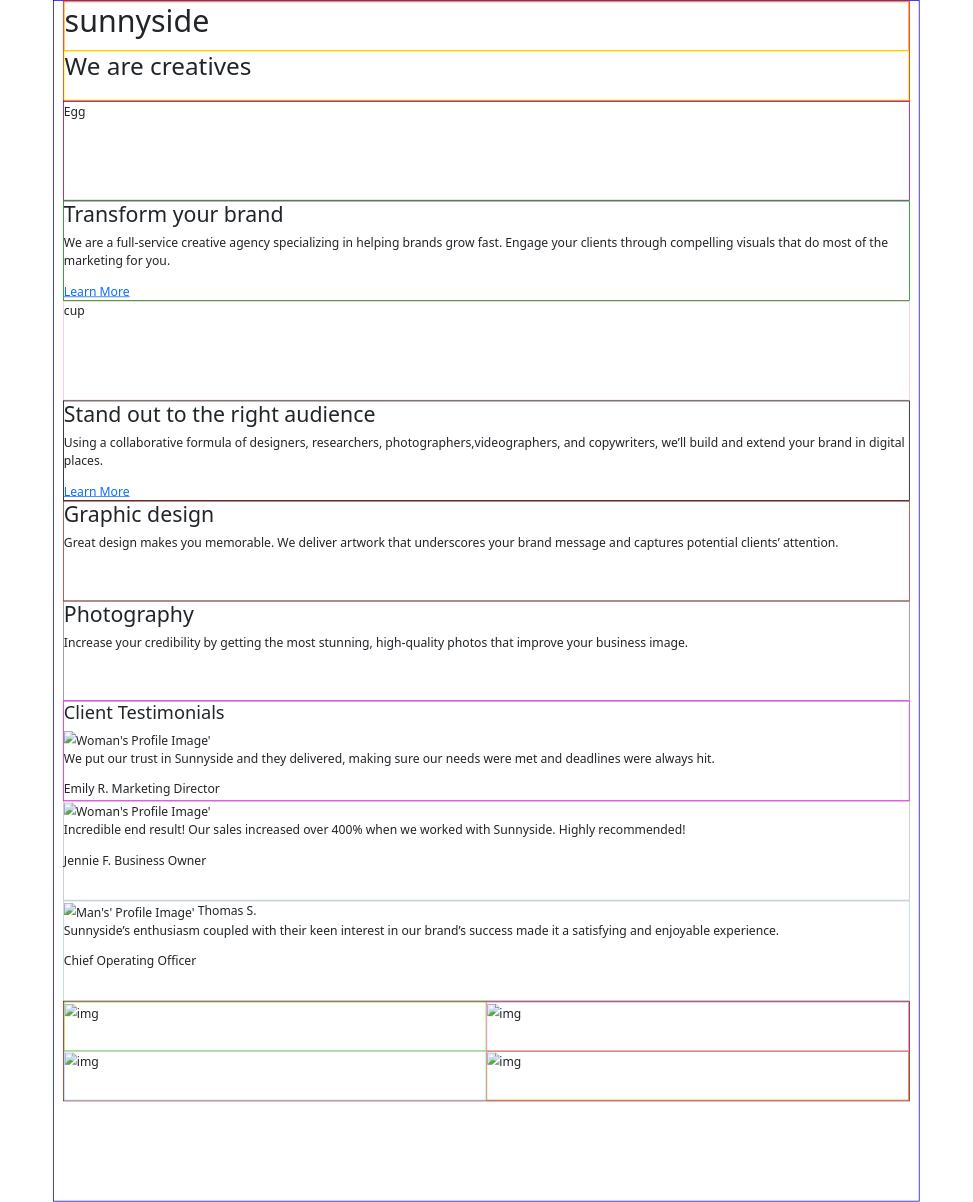
Repository: Roshanell/Sunny-Side-Agency
Page: index.html
The author's editor kept a copy of each file at every save. The page is drawn from the files as they stood at one save, then again after the next save.
The browser window is 1280 px wide. The pictures show the whole page, at 76% of full size.

Above is the page before, as saved 2022-07-01 12:50:36.

### index.html
<!doctype html>
<html lang="en">

  <head>
    <meta charset="utf-8">
    <meta name="viewport" content="width=device-width, initial-scale=1">
    <title>Sunny Side Agency</title>
    <link href="https://cdn.jsdelivr.net/npm/bootstrap@5.2.0-beta1/dist/css/bootstrap.min.css" rel="stylesheet"
      integrity="sha384-0evHe/X+R7YkIZDRvuzKMRqM+OrBnVFBL6DOitfPri4tjfHxaWutUpFmBp4vmVor" crossorigin="anonymous">
    <link href="https://fonts.googleapis.com/icon?family=Material+Icons" rel="stylesheet">
    <link rel="stylesheet" href="css/style.css">
  </head>

  <body>
    <div class="container">
      <div class="homePage">
        <div class="header">
          <h1>sunnyside</h1>
        </div>
        <div class="homeContent">
          <h2>We are creatives</h2>
        </div>
      </div>

      <div class="eggArea">
        <p>Egg</p>
      </div>

      <div class="aboutUsInfo">
        <h3>
          Transform your brand
        </h3>
        <p>We are a full-service creative agency specializing in helping brands grow fast. Engage your clients through
          compelling visuals that do most of the marketing for you. </p>
        <span><a href="#">Learn More</a></span>
      </div>

      <div class="cupImage">
        <p>cup</p>
      </div>

      <div class="standOutInfo">
        <h3>Stand out to the right audience</h3>
        <p> Using a collaborative formula of designers, researchers,
          photographers,videographers, and copywriters, we’ll build and extend your brand in digital places. </p>

        <span><a href="#">Learn More</a></span>
      </div>
      <div class="graphicDesign">
        <h3> Graphic design</h3>
        <p>
          Great design makes you memorable. We deliver artwork that underscores your brand message and captures
          potential clients’ attention.
          <!-- background img with words overlay -->
        </p>
      </div>
      <div class="orangeImage">
        <h3>Photography</h3>
        <p> Increase your credibility by getting the most stunning, high-quality photos that improve your business
          image. </p>
        <!-- background img with words overlay -->
      </div>
      <div class="testimonialOne">
        <h4>Client Testimonials</h4>
        <img src="#" alt="Woman's Profile Image'">
        <p>We put our trust in Sunnyside and they delivered, making sure our needs were met and deadlines were always
          hit.</p>
        <span>Emily R.</span>
        <span>Marketing Director</span>
      </div>
      <div class="testimonialThree">
        <img src="#" alt="Man's' Profile Image'">
        <span>Thomas S.</span>
        <p>Sunnyside’s enthusiasm coupled with their keen interest in our brand’s success made it a satisfying and
          enjoyable experience.</p>
        <span>Chief Operating Officer</span>
      </div>
      <div class="testimonialTwo">
        <img src="#" alt="Woman's Profile Image'">
        <p>Incredible end result! Our sales increased over 400% when we worked with Sunnyside. Highly recommended!</p>
        <span>Jennie F.</span>
        <span>Business Owner</span>
      </div>
      <div class="fourImgs">
        <div class="imgOne">
          <img src="#" alt="img">
        </div>
        <div class="imgTwo">
          <img src="#" alt="img">
        </div>
        <div class="imgThree">
          <img src="#" alt="img">
        </div>
        <div class="imgFour">
          <img src="#" alt="img">
        </div>
      </div>

      <div class="footer">
        <!-- <h1>sunnyside</h1>
        <span>About</span>
        <span>ser</span>
        <span>About</span> -->
      </div>
      <div class="logo">
        <!-- <div class="fbIcon">
          <img src="#" alt="#">
        </div>
        <div class="twiterIcon"></div>
        <div class="igIcon"></div>
        <div class="pinterest"></div> -->
      </div>
    </div>




    <!-- Home
Profile
About
Contacts
  -->




    <script src="https://cdn.jsdelivr.net/npm/bootstrap@5.2.0-beta1/dist/js/bootstrap.bundle.min.js"
      integrity="sha384-pprn3073KE6tl6bjs2QrFaJGz5/SUsLqktiwsUTF55Jfv3qYSDhgCecCxMW52nD2" crossorigin="anonymous"
      type="text/javascript" src="js/main.js">


      </script>

  </body>

</html>

### css/style.css
/* Box Model Hack */
* {
  -moz-box-sizing: border-box;
}

/* Clear fix hack */
.clearfix:after {
  content: ".";
  display: block;
  clear: both;
  visibility: hidden;
  line-height: 0;
  height: 0;
}

.clear {
  clear: both;
}

/******************************************
/* BASE STYLES
/*******************************************/

body {
}

/******************************************
/* LAYOUT
/*******************************************/
.container {
  border: solid 1px blue;
  display: grid;
  grid-template-columns: 1fr;
  grid-template-rows: 1fr 1fr 1fr 1fr 1fr 1fr 1fr 1fr 1fr 1fr 1fr 1fr;
  gap: 0px 0px;
  grid-auto-flow: column dense;
  grid-template-areas:
    "homePage"
    "eggArea"
    "aboutUsInfo"
    "cupImage"
    "standOutInfo"
    "graphicDesign"
    "orangeImage"
    "testimonialOne"
    "testimonialTwo"
    "testimonialThree"
    "fourImgs"
    "footer";
}

.homePage {
  border: solid 1px red;
  display: grid;
  grid-template-columns: 1fr;
  grid-template-rows: 1fr 1fr;
  gap: 0px 0px;
  grid-auto-flow: row;
  grid-template-areas:
    "header"
    "homeContent";
  grid-area: homePage;
}

.header {
  border: solid 1px orange;
  grid-area: header;
}

.homeContent {
  border: solid 1px yellow;
  grid-area: homeContent;
}

.eggArea {
  border: solid 1px purple;
  grid-area: eggArea;
}

.aboutUsInfo {
  border: solid 1px green;
  grid-area: aboutUsInfo;
}

.cupImage {
  border: solid 1px pink;
  grid-area: cupImage;
}

.standOutInfo {
  border: solid 1px black;
  grid-area: standOutInfo;
}

.graphicDesign {
  border: solid 1px brown;
  grid-area: graphicDesign;
}

.orangeImage {
  border: solid 1px gray;
  grid-area: orangeImage;
}

.testimonialOne {
  border: solid 1px fuchsia;
  grid-area: testimonialOne;
}

.testimonialThree {
  border: solid 1px lightblue;
  grid-area: testimonialThree;
}

.testimonialTwo {
  border: solid 1px silver;
  grid-area: testimonialTwo;
}

.fourImgs {
  border: solid 1px maroon;
  display: grid;
  grid-template-columns: 1fr 1fr;
  grid-template-rows: 1fr 1fr;
  gap: 0px 0px;
  grid-template-areas:
    "imgOne imgThree"
    "imgTwo imgFour";
  grid-area: fourImgs;
}

.imgOne {
  border: solid 1px yellowgreen;
}
.imgTwo {
  border: solid 1px rgb(228, 122, 199);
}
.imgThree {
  border: solid 1px rgb(158, 207, 232);
}
.imgFour {
  border: solid 1px rgb(205, 122, 50);
}
.logo {
  display: flex;
  flex-direction: row;
  flex-wrap: nowrap;
  justify-content: space-between;
}
.footer {
  /* border: solid 1px blue;
  display: grid;
  grid-auto-flow: column dense;
  grid-template-columns: 1fr 1fr 1fr;
  grid-template-rows: 1fr 1fr 1fr;
  gap: 0px 0px;
  grid-template-areas:
    ". logoName ."
    "about services projects"
    ". logo .";
  grid-area: footer;
}
.logoName {
  grid-area: logoName;
}
.about {
  grid-area: about;
}
.services {
  display: grid;
  grid-template-columns: 1fr 1fr 1fr;
  grid-template-rows: 1fr 1fr 1fr;
  gap: 0px 0px;
  grid-area: services;
}
.projects {
  grid-area: projects;
}
.logo {
  display: grid;
  grid-template-columns: 1fr 1fr 1fr 1fr;
  grid-template-rows: 1fr;
  gap: 0px 0px;
  grid-template-areas: "fbIcon igIcon twitterIcon pinterest";
  grid-area: logo; */
}
/*
.fbIcon{
    border: solid 1px silver;
    grid-area: fbIcon;
}
.igIcon{
  border: solid 1px red;
  grid-area: fbIcon;
}
.twitterIcon{
  border: solid 1px midnightblue;
  grid-area: twitterIcon;
}
.pinterest{
  border: solid 1px plum;
  grid-area: pinterest;
} */

/******************************************
/* ADDITIONAL STYLES
/*******************************************/

After the next save:
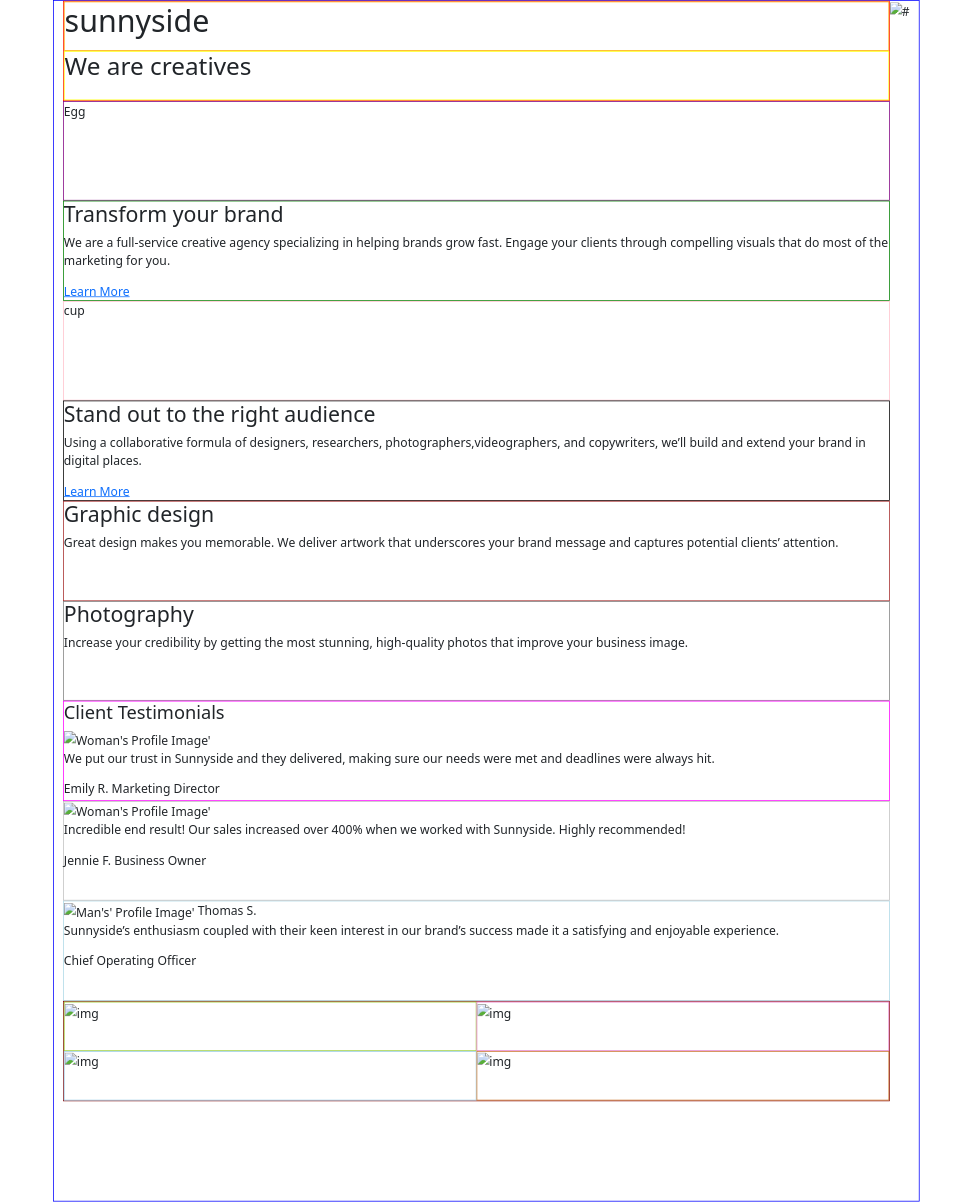
Saved 12 s later.
--- a/index.html
+++ b/index.html
@@ -103,12 +103,12 @@
         <span>About</span> -->
       </div>
       <div class="logo">
-        <!-- <div class="fbIcon">
+        <div class="fbIcon">
           <img src="#" alt="#">
         </div>
         <div class="twiterIcon"></div>
         <div class="igIcon"></div>
-        <div class="pinterest"></div> -->
+        <div class="pinterest"></div>
       </div>
     </div>
 
